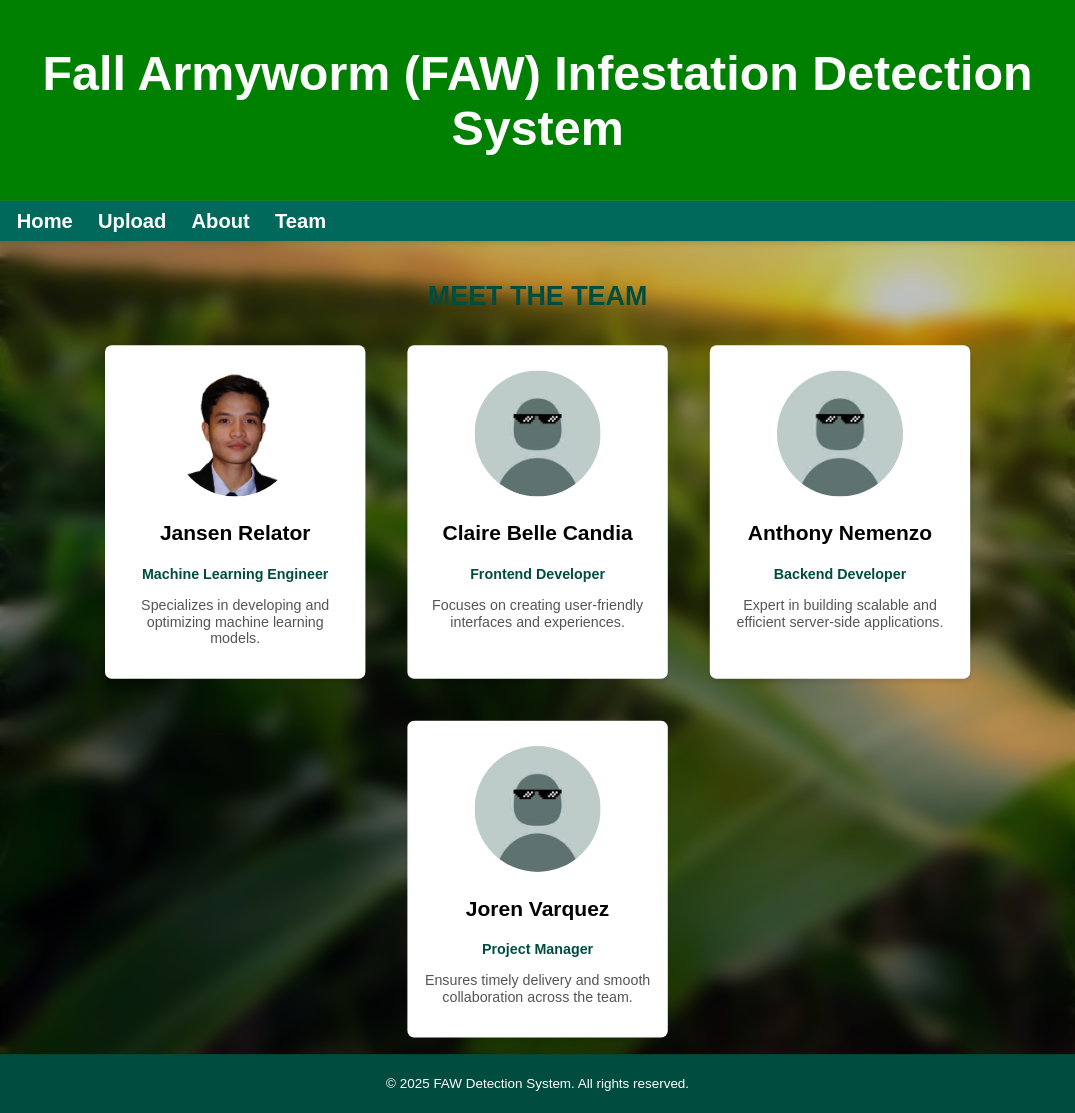
Repository: jansen223/faw-detection-main
Page: /team
These files come from the project's save history. The page is drawn as it stood at one moment and after the next save; the edit follows.
The browser window is 1280 px wide. The pictures show the whole page, at 84% of full size.
The project was rebuilt for these pictures with package versions that can differ from the ones it lists, and the page was loaded fresh each time. Also part of the build but not shown: src/pages/Home.css, src/pages/Summary.css, src/pages/Home.js, src/pages/About.css, src/pages/About.js, src/pages/Summary.js, src/pages/UploadAndDetect.css, src/pages/UploadAndDetect.js.

Above is the page before, as saved 2025-05-03 10:30:06.

After the next save:
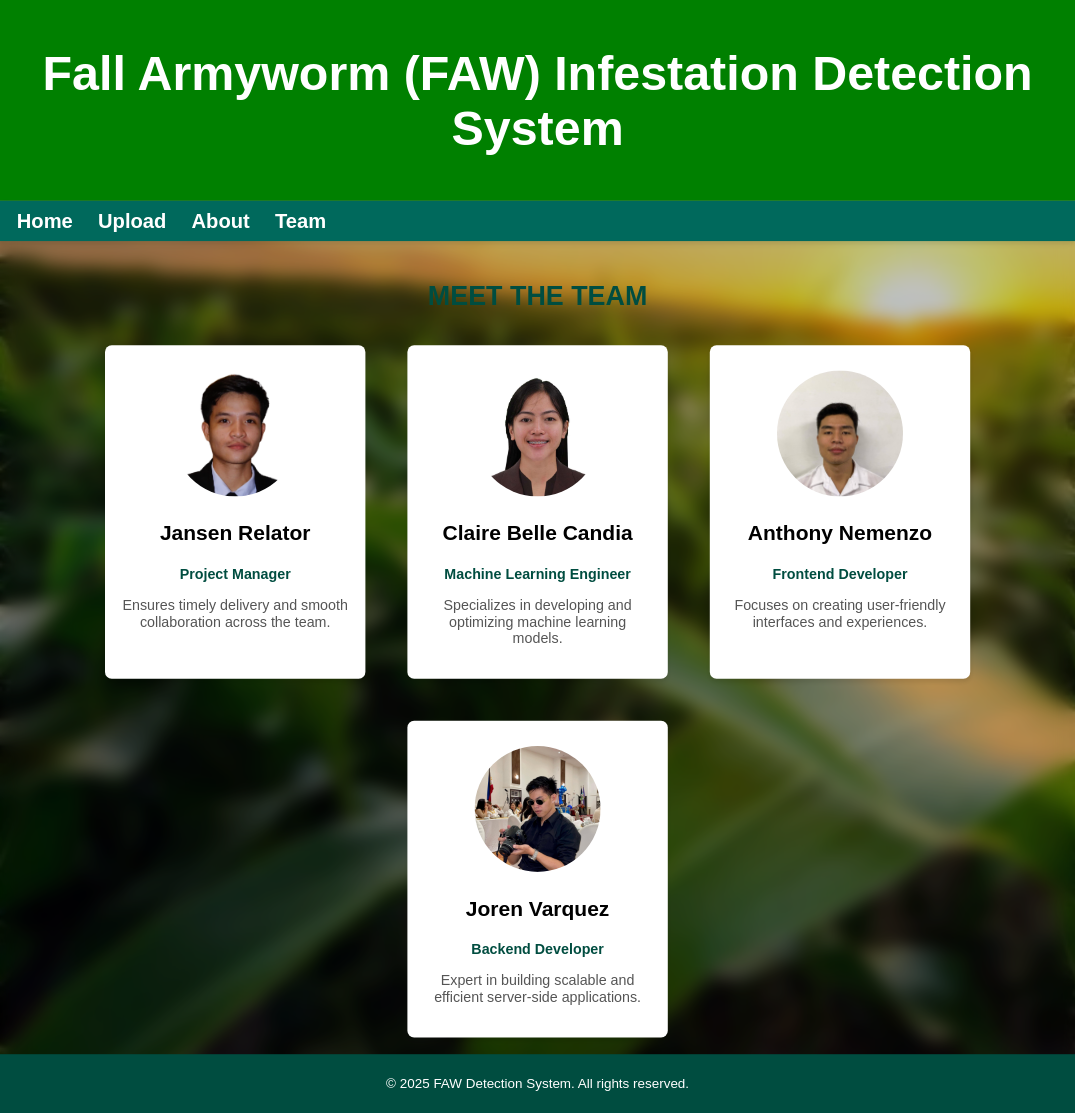
Saved 6 min 56 s later.
--- a/src/pages/Team.js
+++ b/src/pages/Team.js
@@ -5,27 +5,27 @@ function Team() {
   const teamMembers = [
     {
       name: "Jansen Relator",
-      role: "Machine Learning Engineer",
-      description: "Specializes in developing and optimizing machine learning models.",
+      role: "Project Manager",
+      description: "Ensures timely delivery and smooth collaboration across the team.",
       image: "images/jansen.png"
     },
     {
       name: "Claire Belle Candia",
-      role: "Frontend Developer",
-      description: "Focuses on creating user-friendly interfaces and experiences.",
-      image: "images/profile.jpg"
+      role: "Machine Learning Engineer",
+      description: "Specializes in developing and optimizing machine learning models.",
+      image: "images/claire.jpg"
     },
     {
       name: "Anthony Nemenzo",
-      role: "Backend Developer",
-      description: "Expert in building scalable and efficient server-side applications.",
-      image: "images/profile.jpg"
+      role: "Frontend Developer",
+      description: "Focuses on creating user-friendly interfaces and experiences.",
+      image: "images/anthony.jpeg"
     },
     {
       name: "Joren Varquez",
-      role: "Project Manager",
-      description: "Ensures timely delivery and smooth collaboration across the team.",
-      image: "images/profile.jpg"
+      role: "Backend Developer",
+      description: "Expert in building scalable and efficient server-side applications.",
+      image: "images/joren1.jpg"
     }
   ];
 
